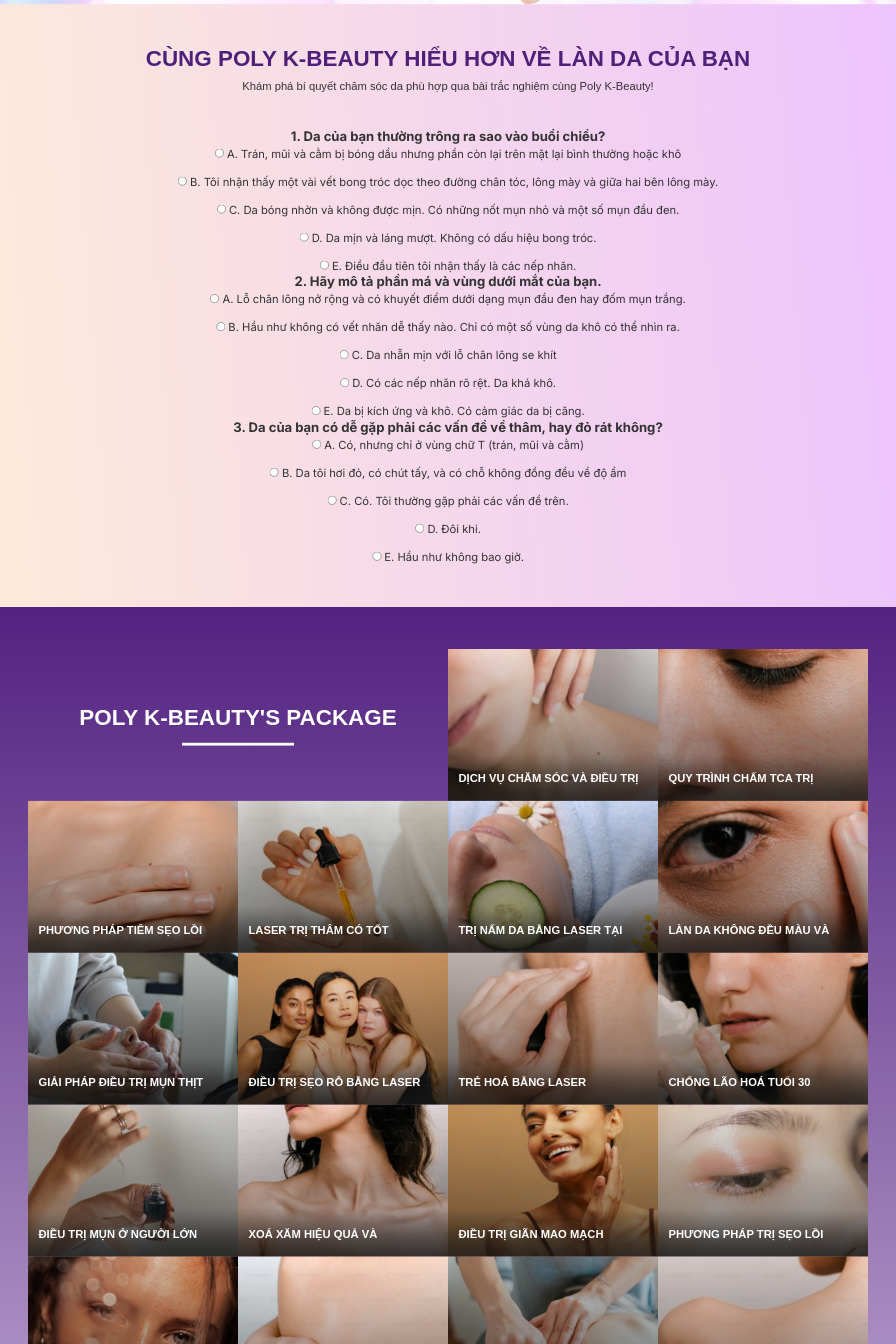
Repository: dinhtri123/k_beauty
Page: test.html
The author's editor kept a copy of each file at every save. The page is drawn from the files as they stood at one save, then again after the next save.
The browser window is 1280 px wide. The pictures show the part of the page from y = 653 to 2573 px (the page is 4978 px tall before and 5398 px after), at 70% of full size.
Some web fonts or font styles are not loaded; a fallback is used.

Above is the page before, as saved 2024-12-25 14:14:36.

After the next save:
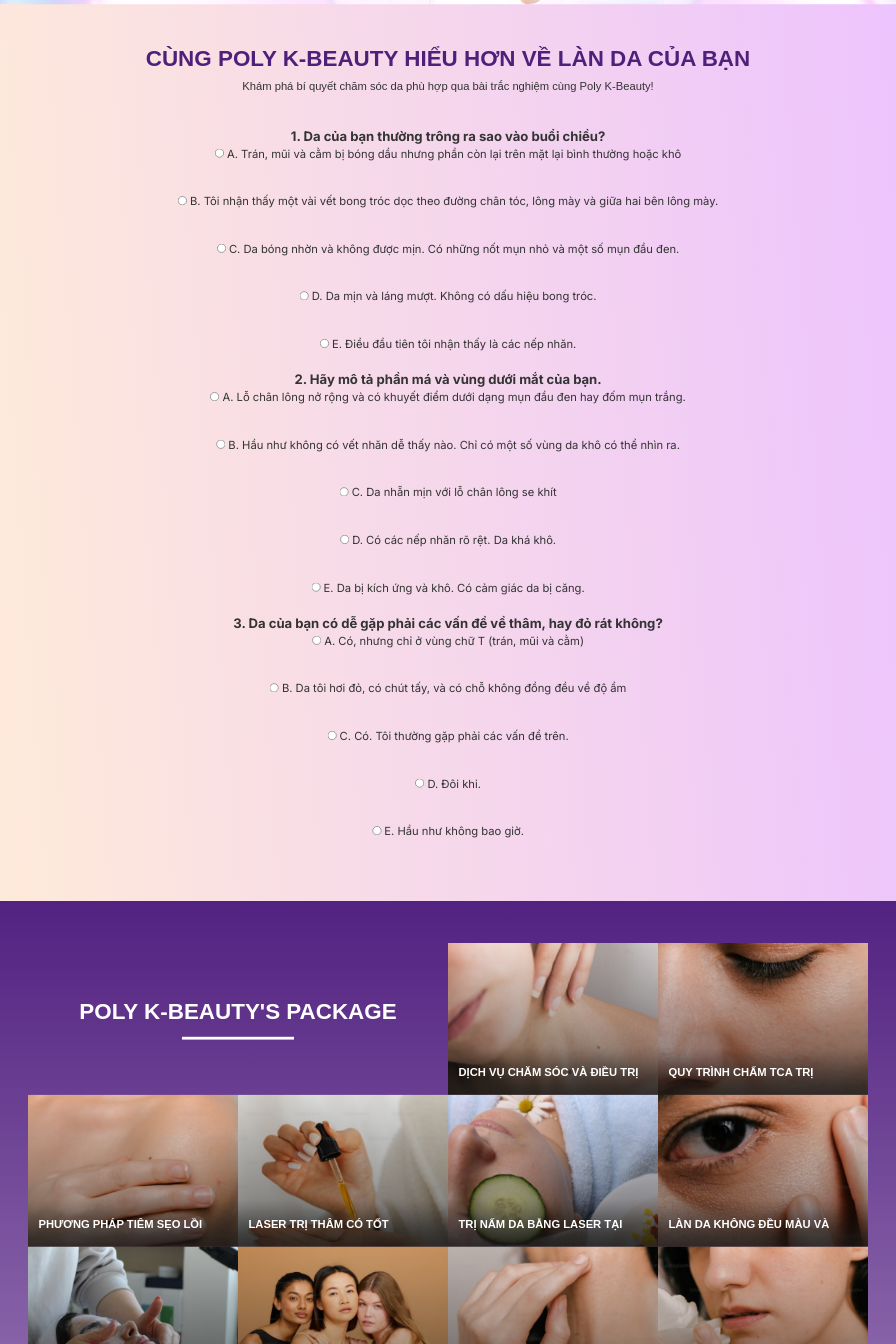
Saved 5 s later.
--- a/css/test.css
+++ b/css/test.css
@@ -20,4 +20,5 @@
 }
 .question-option label {
   border-radius: 50px;
+  min-height: 52px;
 }
